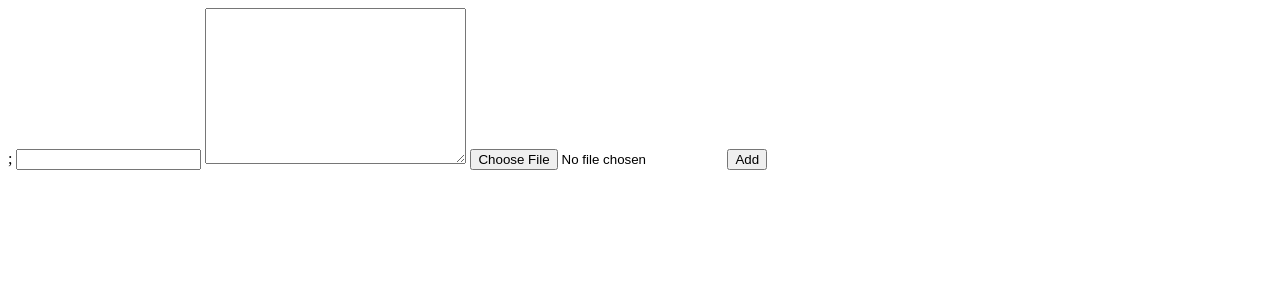
Repository: wasimalbokae2000/blogs
Page: http://localhost/posts/create
An editor plug-in stored every save of this project. The page is shown before and after the next save, followed by the edit.
The browser window is 1280 px wide. The pictures show the whole page.
The page is served by the project's Laravel application, run on PHP 8.4 with Laravel 12.

Above is the page before, as saved 2024-11-20 21:41:55.

After the next save:
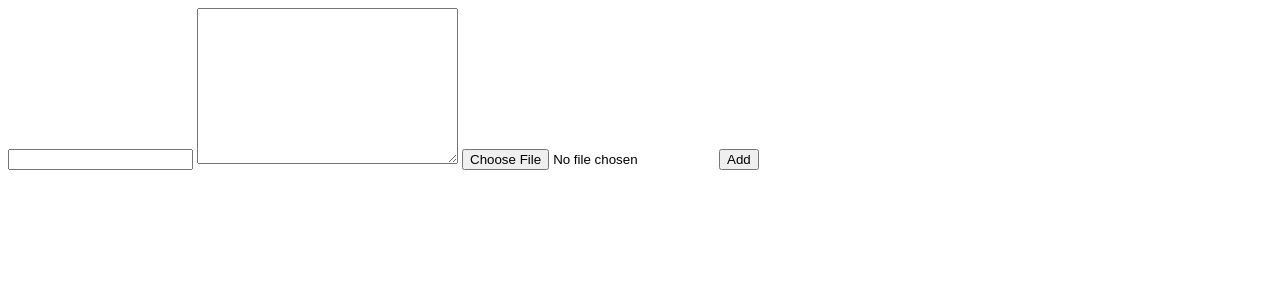
Saved 15 s later.
--- a/resources/views/posts/create.blade.php
+++ b/resources/views/posts/create.blade.php
@@ -1,5 +1,5 @@
 <form action="{{ route("posts.store") }}" enctype="multipart/form-data" method="POST">
-    @method("POST");
+    @method("POST")
     @csrf
     <input type="text" name="title">
     <textarea name="description" id="" cols="30" rows="10"></textarea>
